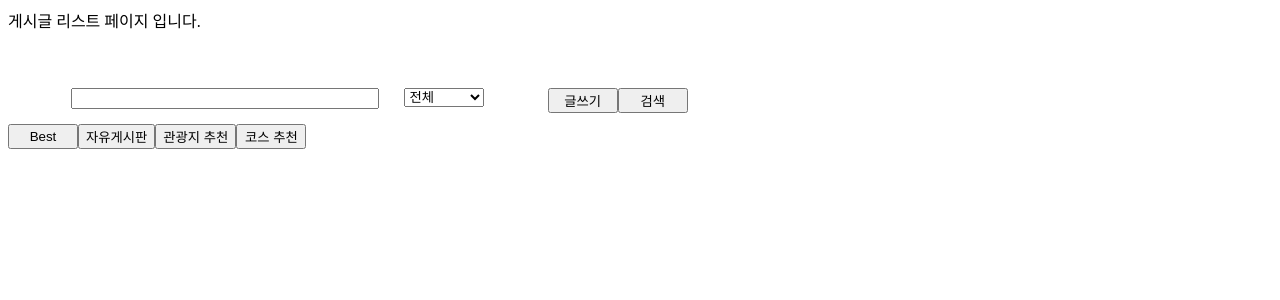
Repository: HJCroCat/project4
Page: http://localhost/koravle/boardMain.jsp
These files come from the project's save history. The page is drawn as it stood at one moment and after the next save; the edit follows.
The browser window is 1280 px wide. The pictures show the whole page.
The page is served by Tomcat 9. Nobody is signed in. The application's start-up code is not run.

Above is the page before, as saved 2021-12-10 09:56:30.

After the next save:
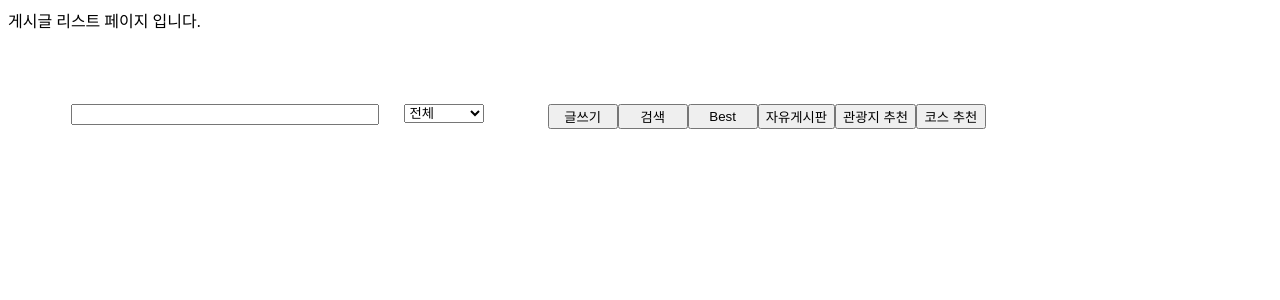
Saved 2 min 43 s later.
--- a/koravle/koravle/src/main/webapp/boardMain.jsp
+++ b/koravle/koravle/src/main/webapp/boardMain.jsp
@@ -14,7 +14,7 @@
 	<div class="boardHeader">
 		게시글 리스트 페이지 입니다.
 	</div>
-		<div>
+		<p>
 			<input type="text" name="searchWord" id="searchWord">
 			<select name="selectSearch" id="selectSearch">
 				<option value="1" selected>전체</option>
@@ -24,16 +24,15 @@
 			</select>
 			<button href="boardWrite.do" class="btn" >글쓰기</button>
 			<button href="boardList.do" class="btn" >검색</button>
-		</div>
-		<div>
-			<br/>
-			<br/>
+		</p>
+		<p>
+
 			<button class="btn" href="boardList.do" name="boardBest">Best</button>
 			<button class="btn" href="boardList.do" name="boardFree">자유게시판</button>
 			<button class="btn" href="boardList.do" name="boardRegion">관광지 추천</button>
 			<button class="btn" href="boardList.do" name="boardCourse">코스 추천</button>
 
-		</div>
+		</p>
 
 
 

After the save that followed:
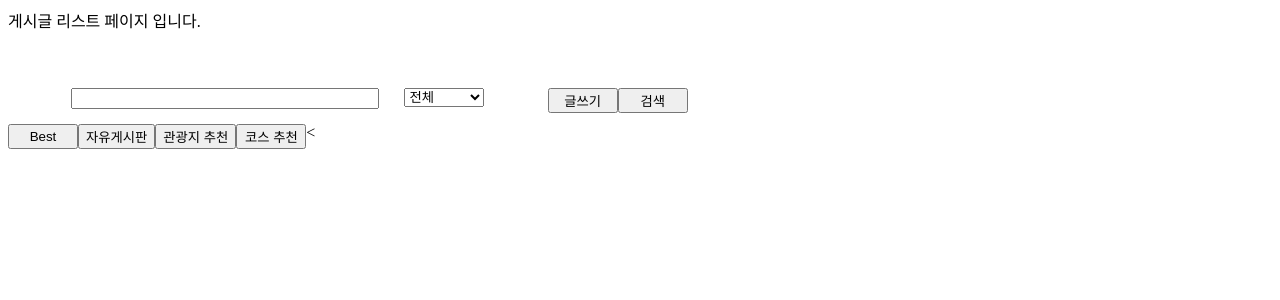
Saved 9 s later.
--- a/koravle/koravle/src/main/webapp/boardMain.jsp
+++ b/koravle/koravle/src/main/webapp/boardMain.jsp
@@ -14,7 +14,7 @@
 	<div class="boardHeader">
 		게시글 리스트 페이지 입니다.
 	</div>
-		<p>
+		<div>
 			<input type="text" name="searchWord" id="searchWord">
 			<select name="selectSearch" id="selectSearch">
 				<option value="1" selected>전체</option>
@@ -24,15 +24,17 @@
 			</select>
 			<button href="boardWrite.do" class="btn" >글쓰기</button>
 			<button href="boardList.do" class="btn" >검색</button>
-		</p>
-		<p>
-
+		</div>
+		<div>
+			<br/>
+			<br/>
+			<
 			<button class="btn" href="boardList.do" name="boardBest">Best</button>
 			<button class="btn" href="boardList.do" name="boardFree">자유게시판</button>
 			<button class="btn" href="boardList.do" name="boardRegion">관광지 추천</button>
 			<button class="btn" href="boardList.do" name="boardCourse">코스 추천</button>
 
-		</p>
+		</div>
 
 
 
